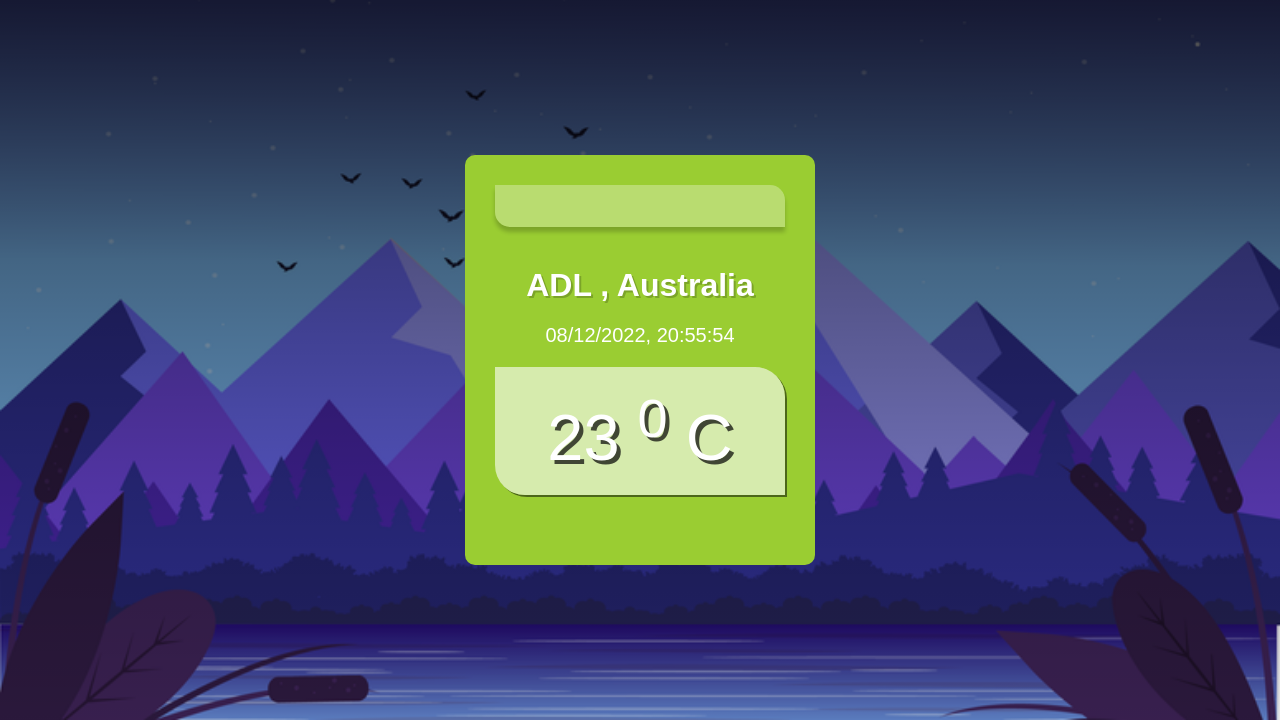
Repository: andrewhuynh561/weather-app-1
Page: index.html
An editor plug-in stored every save of this project. The page is shown before and after the next save, followed by the edit.
The browser window is 1280 px wide. The pictures show the whole page.

Above is the page before, as saved 2022-12-08 21:03:45.

### index.html
<!DOCTYPE html>
<html lang="en">
<head>
    <meta charset="UTF-8">
    <meta http-equiv="X-UA-Compatible" content="IE=edge">
    <meta name="viewport" content="width=device-width, initial-scale=1.0">
    <title>Weather app</title>
    <link
     rel="stylesheet"
     href="https://cdnjs.cloudflare.com/ajax/libs/font-awesome/6.0.0-beta2/css/all.min.css"
     integrity="sha512-YWzhKL2whUzgiheMoBFwW8CKV4qpHQAEuvilg9FAn5VJUDwKZZxkJNuGM4XkWuk94WCrrwslk8yWNGmY1EduTA=="
     crossorigin="anonymous"
     referrerpolicy="no-referrer">
    <link rel="stylesheet" href="style.css">
</head>
<body>
    <div id="weather">
        <input type="text" class="search">
        <div class="content">
            <h1 class="capital">
                <span class="city">ADL</span>
                <span>,</span>
                <span class="country">Australia</span>
            </h1>
            <div class="time">08/12/2022, 20:55:54</div>
            <div class="temperature">
                <span class="value">23 <sup>0</sup> C</span>
            </div>
        </div>
    </div>

</body>
</html>

### style.css
*{
    margin: 0;
    padding: 0;
    box-sizing: border-box;
}
body{
    font-family: sans-serif;
    height: 100vh;
    display: flex;
    justify-content: center;
    align-items: center;
    background: linear-gradient(to bottom, rgba(0,0,0,0.7),rgba(0,0,0,0.1)),url(./image/222.png)  no-repeat center/cover;
}

#weather{
    width: 350px;
    border-radius:10px ;
    padding: 30px 30px;
    background: yellowgreen;
}

.search{
    width: 100%;
    padding: 10px 20px;
    border: none;
    outline: none;
    background: rgba(255,255,255,0.3);
    border-radius: 0 15px 0 15px;
    box-shadow:0 5px 4px rgba(0,0,0,0.2);
    transition:0.4s ;
    font-size: 19px;
}
.search:focus{
    background: rgba(255,255,255,0.7);
    border-radius: 15px 0 15px 0;
}
.content{
    text-align: center;
    color: white;
    margin: 40px 0;
}
.capital{
    text-shadow: 2px 2px rgba(0,0,0,0.2);
}
.time{
    margin: 20px 0;
    font-size: 15pt;
}
.temperature{
    font-size: 65px;
    text-shadow: 4px 4px rgba(0,0,0,0.7);
    background: rgba(255,255,255,0.6);
    box-shadow: 2px 2px rgba(0,0,0,0.5);
    border: none;
    border-radius: 0 30px;
    padding: 20px;
}

After the next save:
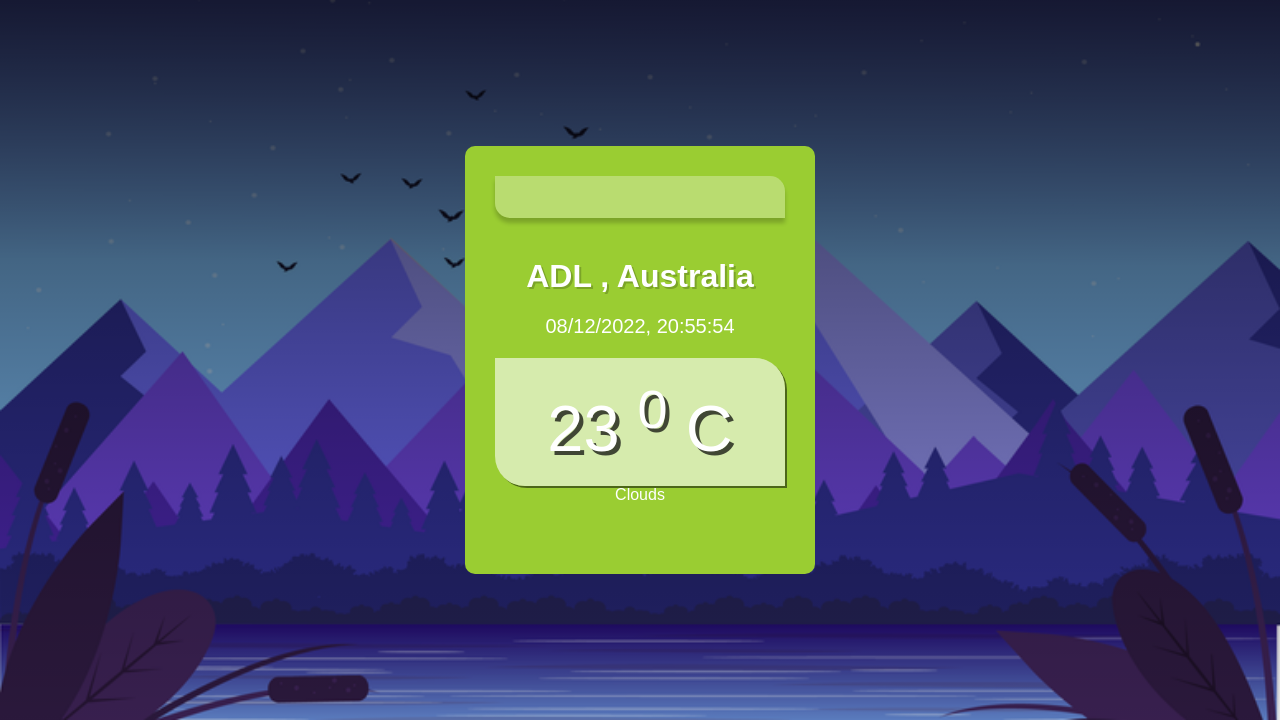
Saved 2 min 42 s later.
--- a/index.html
+++ b/index.html
@@ -22,10 +22,14 @@
                 <span>,</span>
                 <span class="country">Australia</span>
             </h1>
+
             <div class="time">08/12/2022, 20:55:54</div>
+
             <div class="temperature">
                 <span class="value">23 <sup>0</sup> C</span>
             </div>
+
+            <div class="short-desc">Clouds</div>
         </div>
     </div>
 
